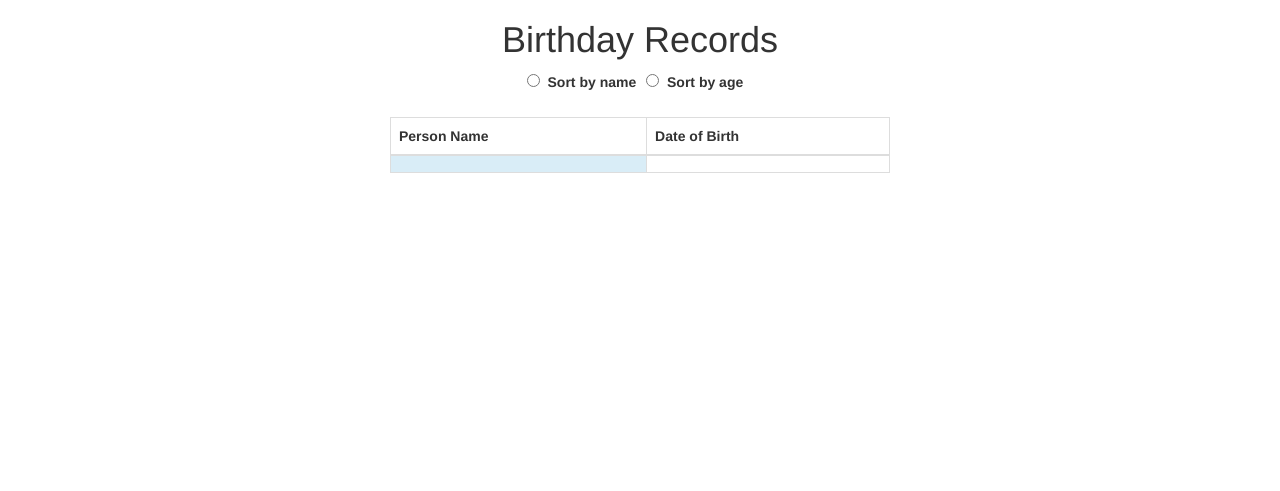
Repository: VivekCreative/birthday-project
Page: /
These files come from the project's save history. The page is drawn as it stood at one moment and after a run of saves; the edit follows.
The browser window is 1280 px wide. The pictures show the whole page.
The project was rebuilt for these pictures with package versions that can differ from the ones it lists, and the page was loaded fresh each time.

Above is the page before, as saved 2020-07-29 19:47:18.

### public/index.html
<!DOCTYPE html>
<html lang="en">
  <head>
    <meta charset="utf-8">
    <meta name="viewport" content="width=device-width, initial-scale=1, shrink-to-fit=no">
    <link rel="stylesheet" href="https://maxcdn.bootstrapcdn.com/bootstrap/3.3.7/css/bootstrap.min.css" />
    <title>Birthday Records</title>
  </head>
  <body>
    <noscript>
      You need to enable JavaScript to run this app.
    </noscript>
    <div id="root"></div>
    <!--
      This HTML file is a template.
      If you open it directly in the browser, you will see an empty page.

      You can add webfonts, meta tags, or analytics to this file.
      The build step will place the bundled scripts into the <body> tag.

      To begin the development, run `npm start` or `yarn start`.
      To create a production bundle, use `npm run build` or `yarn build`.
    -->
  </body>
</html>

### src/index.css
/* app css stylesheet */

.left {
    display: inline-block;
    margin-right: 10px;
}

.right {
    display: inline-block;
    margin-right: 10px;
}

.outer {
    margin-left: 5px;
}

.full-width {
    width: 40% !important;
    margin-left: 30%;
    margin-right: 30%;
}

.table-div {
    margin-top: 20px;
}

.radioButtons {
    text-align: center;
}

.table-striped > tbody > tr:nth-child(2n+1) > td, .table-striped > tbody > tr:nth-child(2n+1) > th {
   background-color: rgb(217, 237, 247);
}

### src/App.js
import React, {Component} from 'react';
import Radio from './components/Radio';
import Table from './components/Table';

class App extends Component {
  constructor() {
      super()
    this.state = {
      parameterState: ""
    }
  }

  sortByParameter(parameter) {
    // set state of 'parameterState' here
  }

  render() {
    return (
      <div className='container-fluid'>
        <center>
          <h1>Birthday Records</h1>
        </center>
        <Radio />
        <Table />
      </div>
);


  }
}

export default App;

### src/components/Radio.js
import React, {Component} from 'react';
import {PropTypes} from 'prop-types';

class Radio extends Component {
	constructor() {
        super()
		this.state = {
			radioClick: "name"
		};
	}

	onChange(type) {
		// on radio state change handler
	}

	render() {
		return (
  <div className='radioButtons'>
    <div className='left'>
      <input type='radio' />
      <label>&nbsp;&nbsp;Sort by name</label>
    </div>
    <div className='right'>
      <input type='radio' />
      <label>&nbsp;&nbsp;Sort by age</label>
    </div>
  </div>
);

	}
}

// Uncomment the snippet below
// Radio.propTypes = {
// 	sortBy: PropTypes.func
// }

export default Radio;

### src/components/Table.js
import React, {Component} from 'react';
import {PropTypes} from 'prop-types';

class Table extends Component {
	constructor() {
        super()
		this.people = [
			{
				name: "John Sina",
				birth: "11/30/2011"
			}, {
				name: "Barcy Washington",
				birth: "09/16/1992"
			}, {
				name: "Peter Parker",
				birth: "01/16/1992"
			}, {
				name: "Jimmy Shergil",
				birth: "12/12/2001"
			}, {
				name: "Alexander Alfred",
				birth: "02/09/1891"
			}, {
				name: "Krishna Gupta",
				birth: "12/01/1982"
			}, {
				name: "Sania Mirza",
				birth: "11/30/2011"
			}, {
				name: "Lata Pathak",
				birth: "10/31/1999"
			}
		];
	}
	compareDates(person1, person2) {
		// complete this date comparator which enables sort by age
	}

	compareNames(person1, person2) {
		// complete this string comparator with enables sort by name
	}

	render() {
		console.log("hiii",this.people );
		return (
  <div className='table-div'>
    <table className='table table-striped table-bordered table-hover full-width'>
      <thead>
        <tr>
          <th className='course-name'>Person Name</th>
          <th className='duration'>Date of Birth</th>
        </tr>
      </thead>
      <tbody>
        <tr>
          <td />
        </tr>
      </tbody>
    </table>
  </div>
);

	}
}

// Uncomment the snippet below
// Table.propTypes = {
// 	sortParameter: PropTypes.string
// }

export default Table;

Loaded but not shown: src/index.js (common file)

After the next 4 saves:
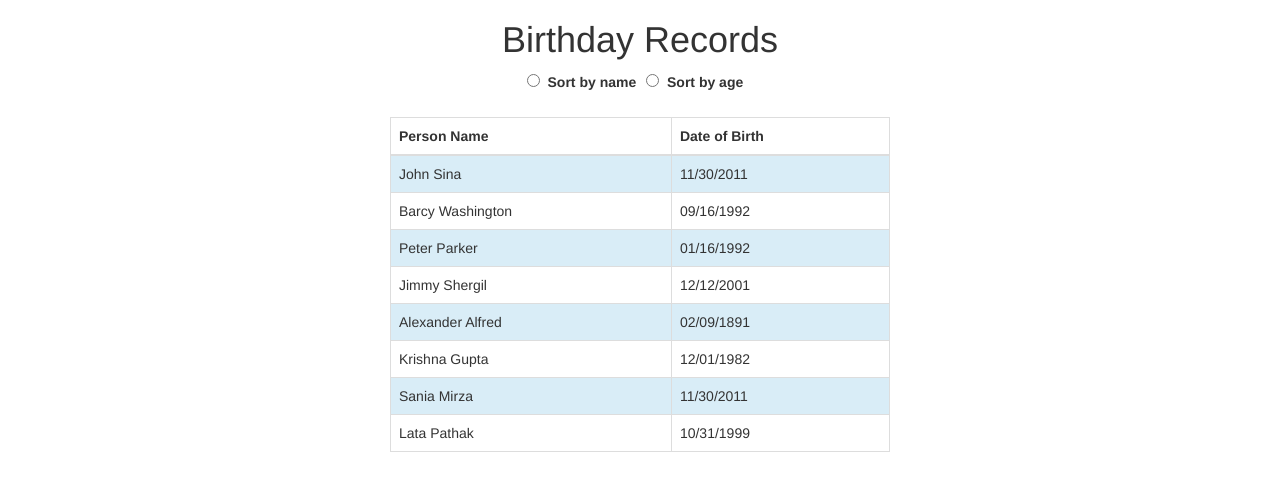
The 4 saves are shown as one change because 3 did not build or start.
The last was saved 12 min 37 s later.
--- a/src/components/Table.js
+++ b/src/components/Table.js
@@ -52,9 +52,16 @@ class Table extends Component {
         </tr>
       </thead>
       <tbody>
-        <tr>
-          <td />
-        </tr>
+       {
+		   this.people.map((personList)=>{
+			   return(
+				   <tr>
+					   <td>{personList.name}</td>
+					   <td>{personList.birth}</td>
+				   </tr>
+			)}
+		   )
+		}
       </tbody>
     </table>
   </div>
